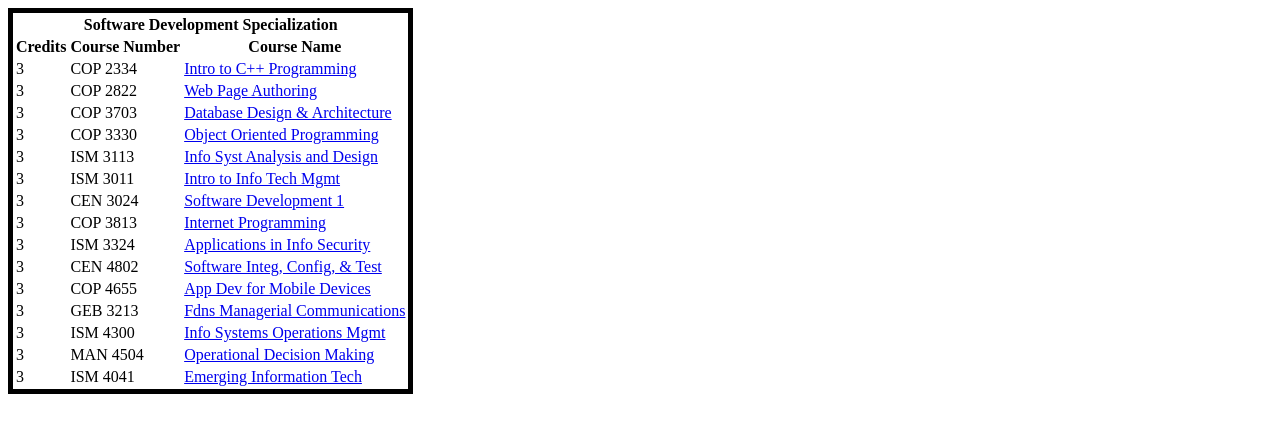
Repository: mlmEFSC21/P5-DegreeTableStyling
Page: FormattedProgramSpecialization1.html
An editor plug-in stored every save of this project. The page is shown before and after the next save, followed by the edit.
The browser window is 1280 px wide. The pictures show the whole page.
Some web fonts or font styles are not loaded; a fallback is used.

Above is the page before, as saved 2022-02-07 16:03:19.

After the next save:
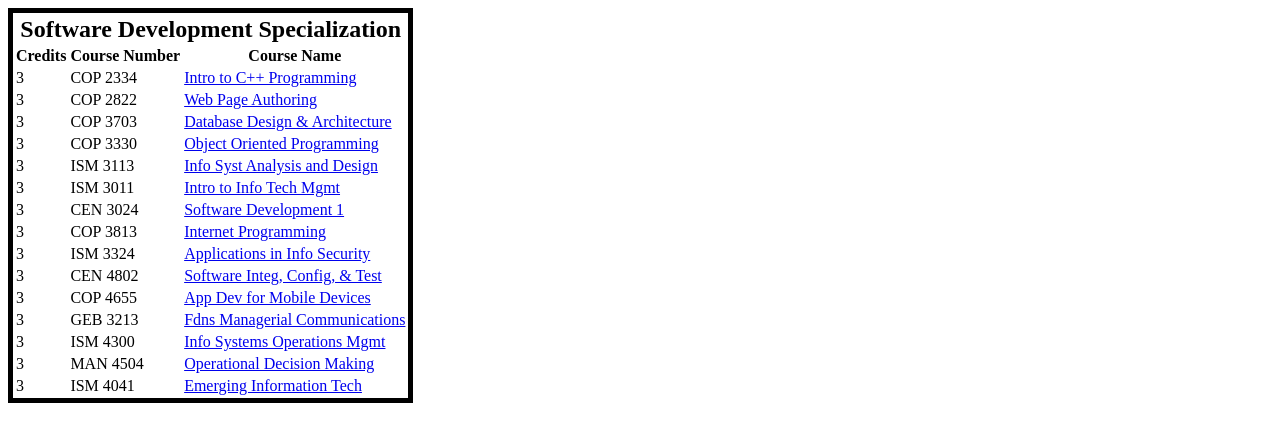
Saved 34 s later.
--- a/FormattedProgramSpecialization1.html
+++ b/FormattedProgramSpecialization1.html
@@ -16,7 +16,9 @@
         <table style="border: 5px solid black">
             <thead style="text-align: center">
                 <tr>
-                    <th colspan="3">Software Development Specialization</th>
+                    <th colspan="3" style="font-size: 18pt; font-weight: bold">
+                        Software Development Specialization
+                    </th>
                 </tr>
                 <tr>
                     <th>Credits</th>
